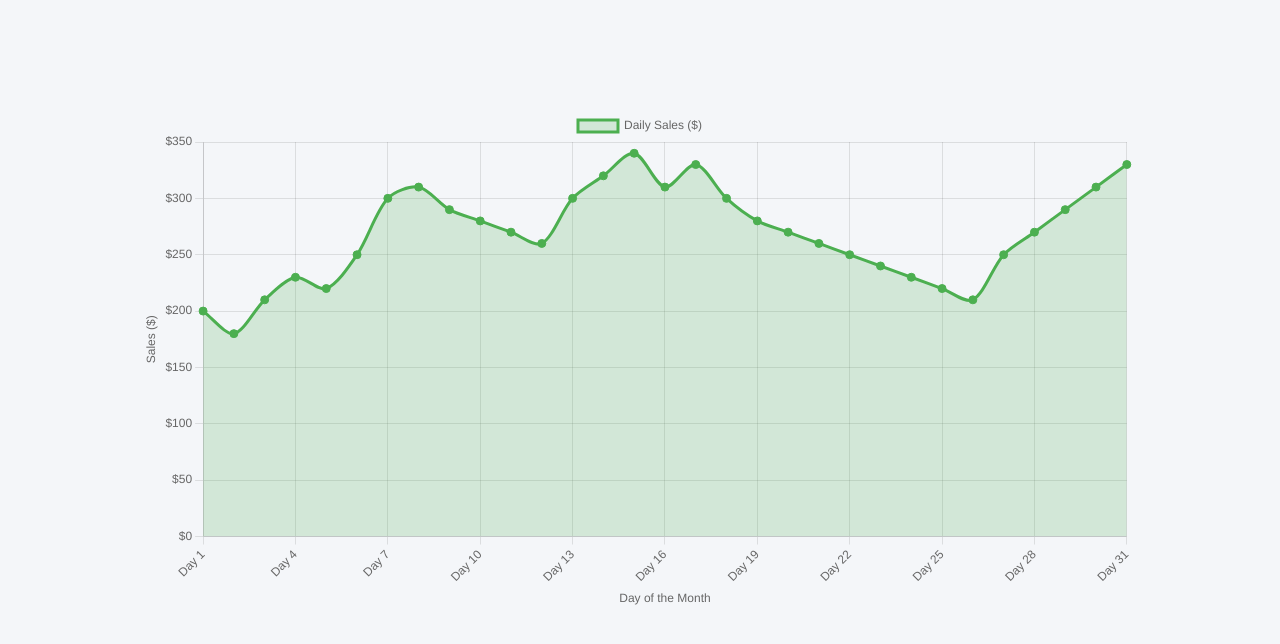
Repository: notgudmewhathuh12122334354556/GroceryInventory
Page: neww.html
These files come from the project's save history. The page is drawn as it stood at one moment and after the next save; the edit follows.
The browser window is 1280 px wide. The pictures show the whole page.

Above is the page before, as saved 2024-11-13 18:40:13.

### neww.html
<!DOCTYPE html>
<html lang="en">
<head>
    <meta charset="UTF-8">
    <meta name="viewport" content="width=device-width, initial-scale=1.0">
    <title>Daily Sales Monitoring Chart</title>
    <style>
        body {
            font-family: Arial, sans-serif;
            display: flex;
            justify-content: center;
            align-items: center;
            height: 100vh;
            margin: 0;
            background-color: #f4f6f9;
        }

        .chart-container {
            width: 90%;
            max-width: 1000px;
            margin: 20px;
        }
    </style>
</head>
<body>

<div class="chart-container">
    <canvas id="salesChart"></canvas>
</div>

<!-- Include Chart.js library -->
<script src="https://cdn.jsdelivr.net/npm/chart.js"></script>
<script>
    // Generate labels for each day of the month
    const daysOfMonth = Array.from({length: 31}, (_, i) => `Day ${i + 1}`);

    // Sample daily sales data for each day of a 31-day month
    const dailySalesData = [
        200, 180, 210, 230, 220, 250, 300, 310, 290, 280,
        270, 260, 300, 320, 340, 310, 330, 300, 280, 270,
        260, 250, 240, 230, 220, 210, 250, 270, 290, 310, 330
    ];

    const salesData = {
        labels: daysOfMonth,
        datasets: [{
            label: 'Daily Sales ($)',
            data: dailySalesData,
            borderColor: '#4CAF50',
            backgroundColor: 'rgba(76, 175, 80, 0.2)',
            fill: true,
            tension: 0.3,  // Makes the line smooth
            pointBackgroundColor: '#4CAF50',
            pointRadius: 4
        }]
    };

    // Chart configuration
    const config = {
        type: 'line',
        data: salesData,
        options: {
            responsive: true,
            plugins: {
                legend: {
                    display: true,
                    position: 'top'
                },
                tooltip: {
                    enabled: true,
                    callbacks: {
                        label: function(context) {
                            return `$${context.raw.toLocaleString()}`;
                        }
                    }
                }
            },
            scales: {
                x: {
                    title: {
                        display: true,
                        text: 'Day of the Month'
                    },
                    ticks: {
                        maxRotation: 45,
                        minRotation: 45,
                        autoSkip: true,
                        maxTicksLimit: 15  // Limits number of days displayed to keep chart readable
                    }
                },
                y: {
                    title: {
                        display: true,
                        text: 'Sales ($)'
                    },
                    beginAtZero: true,
                    ticks: {
                        callback: function(value) {
                            return '$' + value.toLocaleString();
                        }
                    }
                }
            }
        }
    };

    // Render the chart
    const salesChart = new Chart(
        document.getElementById('salesChart'),
        config
    );
</script>

</body>
</html>

After the next save:
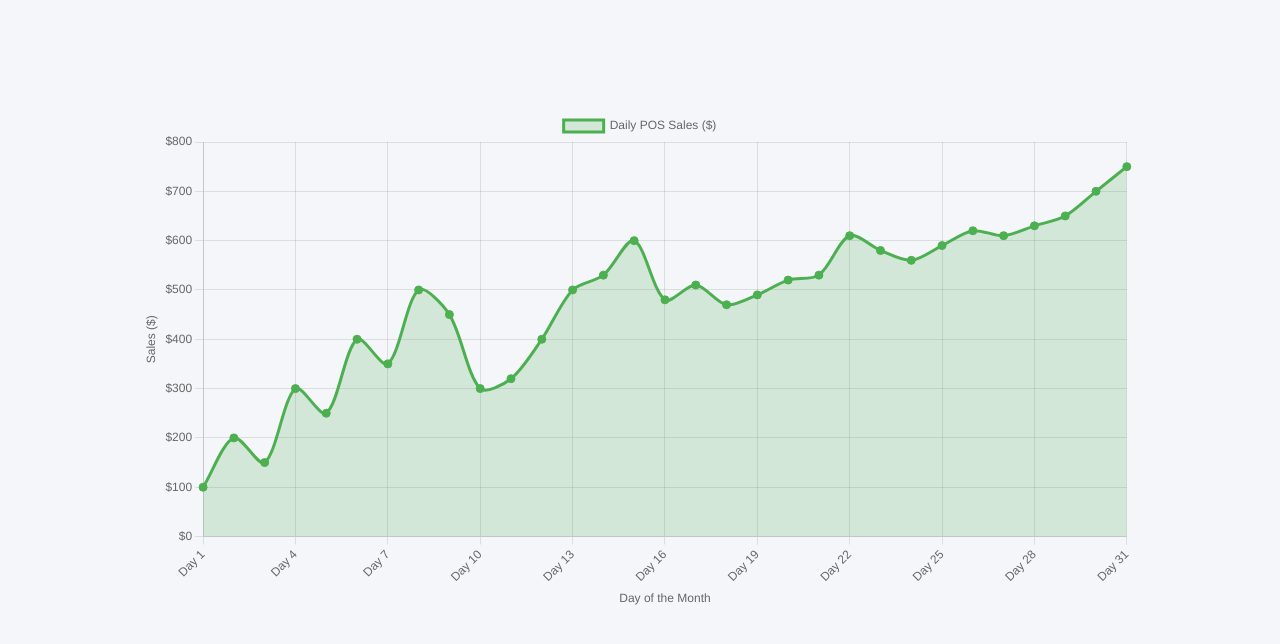
Saved 3 min 58 s later.
--- a/neww.html
+++ b/neww.html
@@ -3,7 +3,7 @@
 <head>
     <meta charset="UTF-8">
     <meta name="viewport" content="width=device-width, initial-scale=1.0">
-    <title>Daily Sales Monitoring Chart</title>
+    <title>Daily Sales Monitoring - Grocery Inventory</title>
     <style>
         body {
             font-family: Arial, sans-serif;
@@ -34,17 +34,17 @@
     // Generate labels for each day of the month
     const daysOfMonth = Array.from({length: 31}, (_, i) => `Day ${i + 1}`);
 
-    // Sample daily sales data for each day of a 31-day month
+    // Sample daily POS sales data for each day of a 31-day month
     const dailySalesData = [
-        200, 180, 210, 230, 220, 250, 300, 310, 290, 280,
-        270, 260, 300, 320, 340, 310, 330, 300, 280, 270,
-        260, 250, 240, 230, 220, 210, 250, 270, 290, 310, 330
+        100, 200, 150, 300, 250, 400, 350, 500, 450, 300,
+        320, 400, 500, 530, 600, 480, 510, 470, 490, 520,
+        530, 610, 580, 560, 590, 620, 610, 630, 650, 700, 750
     ];
 
     const salesData = {
         labels: daysOfMonth,
         datasets: [{
-            label: 'Daily Sales ($)',
+            label: 'Daily POS Sales ($)',
             data: dailySalesData,
             borderColor: '#4CAF50',
             backgroundColor: 'rgba(76, 175, 80, 0.2)',
@@ -85,7 +85,7 @@
                         maxRotation: 45,
                         minRotation: 45,
                         autoSkip: true,
-                        maxTicksLimit: 15  // Limits number of days displayed to keep chart readable
+                        maxTicksLimit: 15
                     }
                 },
                 y: {
